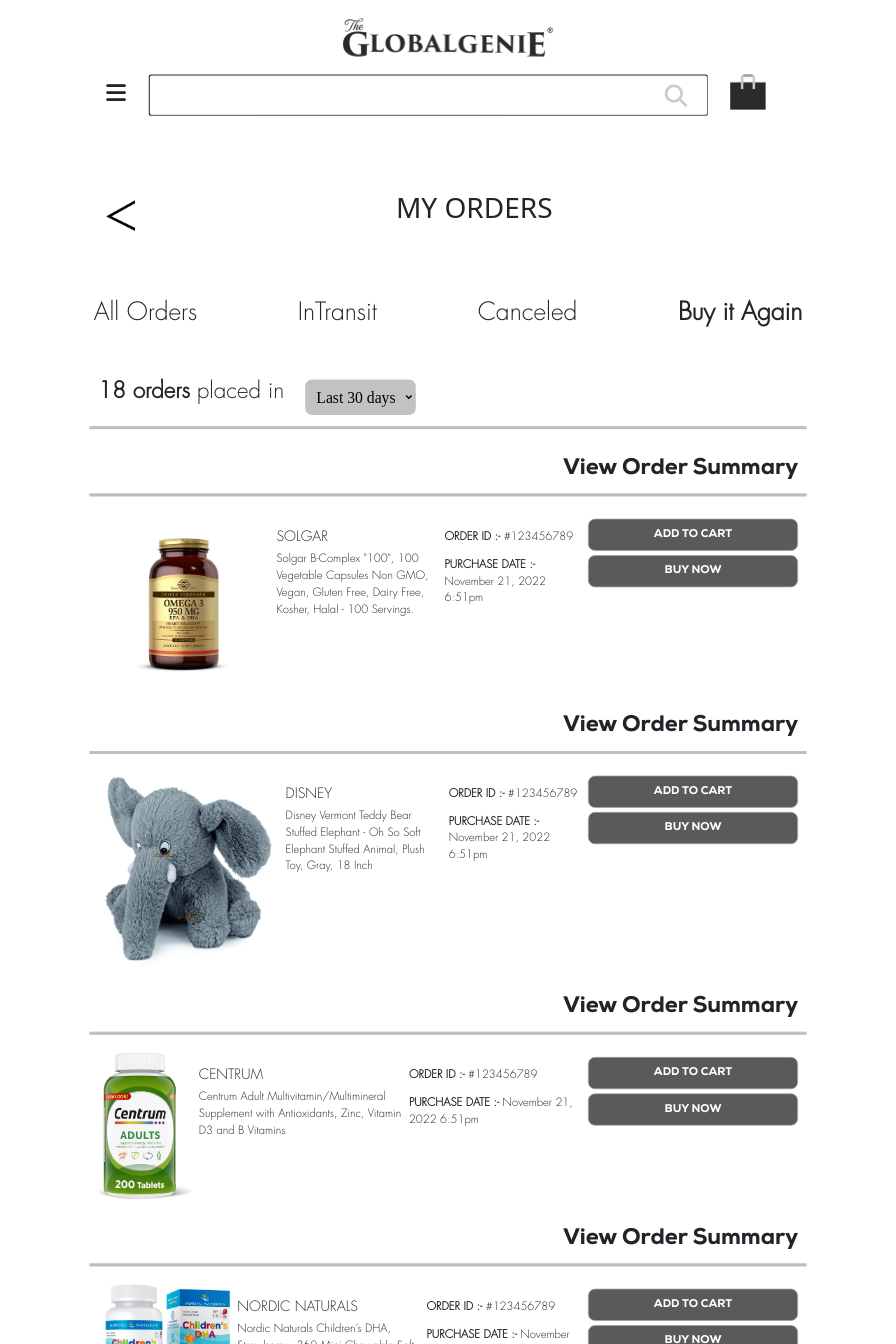
Repository: FlyweisReact/newGlobalGinie
Page: /orderSum
The author's editor kept a copy of each file at every save. The page is drawn from the files as they stood at one save, then again after the next save.
The browser window is 1280 px wide. The pictures show the part of the page from y = 0 to 1920 px (the page is 4831 px tall before and 4746 px after), at 70% of full size.
Some web libraries are served in a nearby version. The project was rebuilt for these pictures with package versions that can differ from the ones it lists, and the page was loaded fresh each time. Also part of the build but not shown: src/Screen/Return.js, src/Screen/Address.js, src/Screen/AllOrders.js, src/Screen/AllProduct.js, src/Component/Hero2.js, src/Screen/Baby.css, src/Component/Reviews.js, src/Screen/Baby.js and 34 more.

Above is the page before, as saved 2023-02-16 18:56:39.

### public/index.html
<!-- @format -->

<!DOCTYPE html>
<html lang="en">
  <head>
    <meta charset="utf-8" />
    <link rel="icon" href="%PUBLIC_URL%/favicon.ico" />
    <meta name="viewport" content="width=device-width, initial-scale=1" />
    <meta name="theme-color" content="#000000" />
    <meta
      name="description"
      content="Web site created using create-react-app"
    />
    <link rel="apple-touch-icon" href="%PUBLIC_URL%/logo192.png" />
    <link rel="manifest" href="%PUBLIC_URL%/manifest.json" />
    <meta content="width=device-width, initial-scale=1" name="viewport" />

    <title>Global Ginie</title>
  </head>
  <body>
    <noscript>You need to enable JavaScript to run this app.</noscript>
    <div id="root"></div>
  </body>
  <script
    src="https://kit.fontawesome.com/b533b351e4.js"
    crossorigin="anonymous"
  ></script>
</html>

### src/Screen/OrderSum.js
/** @format */

import React from "react";
import img1 from "../Assets/asset1.png";
import img2 from "../Assets/Oil.png";
import img3 from "../Assets/Webby Soft Animal Plush Elephant Toy 20cm, Grey.png";
import img4 from "../Assets/712tvc3j0LL._AC_SL1500_.png";
import img5 from "../Assets/71k3V8agL-L._AC_SL1500_.png";
import img6 from "../Assets/mastercard_PNG23.png";
import img7 from "../Assets/71ZufDAAwcL._AC_SL1500_.png";
import Oil from "../Assets/Oil.png";
import Hair from "../Assets/New 10.png";
import some from "../Assets/Chicco Baby Moments Soft Cleansing Baby Wipes, Ideal for Nappy, Face and Hand, Dermatologically Tested, Paraben Free, Fliptop Pack.png";
import clock from "../Assets/clock.png";
import Apple from "../Assets/Apple Watch Series 7 (GPS, 45mm) Midnight.png";
import adi from "../Assets/adidas Stadium 750 ML (26oz) Plastic Water Bottle.png";
import gel from "../Assets/618-39BSrgL._SL1500_.png";
import Give from "../Assets/Get Me This.png";
import Whatsapp from "../Assets/Whatsapp icon.png";
import phone from "../Assets/Phone call.png";
import Mail from "../Assets/Mail Icon.png";
import Footer from "../Component/Footer";
import { useNavigate } from "react-router-dom";

const OrderSum = () => {
  const navigate = useNavigate();

  function NavigationHandler(data) {
    navigate(data);
  }

  return (
    <>
      <div className="MyOrderHead">
        <img src={img1} alt="" />
        <h1 style={{ textAlign: "center", display: "block", margin: "auto" }}>MY ORDERS</h1>
      </div>

      <div className="MyOrderFour">
        <h3 onClick={() => NavigationHandler("/allOrders")}>All Orders</h3>
        <h3 onClick={() => NavigationHandler("/inTransit")}>InTransit</h3>
        <h3 onClick={() => NavigationHandler("/orderCancel")}>Canceled</h3>
        <h3 className="special">Buy it Again</h3>
      </div>

      <div className="MyOrderPlaced">
        <h2>
          {" "}
          <span style={{ fontWeight: "700" }}>18 orders </span> placed in{" "}
        </h2>
        <select>
          <option>Last 30 days</option>
        </select>
      </div>

      <hr className="MyOrderHr" />

      {/* ------------------------------------------------------ */}

      <h2 className="OrderSum">View Order Summary</h2>
      <hr className="MyOrderHr" />

      {/* -------------------------------------------------------- */}

      <div className="OrderSumSection">
        <div className="first">
          <img src={img2} alt="" />
        </div>
        <div className="second">
          <h5>SOLGAR</h5>
          <p>
            Solgar B-Complex "100", 100 Vegetable Capsules Non GMO, Vegan,
            Gluten Free, Dairy Free, Kosher, Halal - 100 Servings.
          </p>
        </div>
        <div className="third">
          <p>
            {" "}
            <strong>ORDER ID :- </strong> #123456789{" "}
          </p>
          <p>
            {" "}
            <strong>PURCHASE DATE :-</strong> November 21, 2022 6:51pm{" "}
          </p>
        </div>
        <div className="four">
          <button> ADD TO CART</button>
          <br />
          <button> BUY NOW </button>
        </div>
      </div>

      {/* ------------------------------------------------------------ */}

      {/* ------------------------------------------------------ */}

      <h2 className="OrderSum">View Order Summary</h2>
      <hr className="MyOrderHr" />

      {/* -------------------------------------------------------- */}

      <div className="OrderSumSection">
        <div className="first">
          <img src={img3} alt="" />
        </div>
        <div className="second">
          <h5>DISNEY</h5>
          <p>
            Disney Vermont Teddy Bear Stuffed Elephant - Oh So Soft Elephant
            Stuffed Animal, Plush Toy, Gray, 18 Inch
          </p>
        </div>
        <div className="third">
          <p>
            {" "}
            <strong>ORDER ID :- </strong> #123456789{" "}
          </p>
          <p>
            {" "}
            <strong>PURCHASE DATE :-</strong> November 21, 2022 6:51pm{" "}
          </p>
        </div>
        <div className="four">
          <button> ADD TO CART</button>
          <br />
          <button> BUY NOW </button>
        </div>
      </div>

      {/* ------------------------------------------------------------ */}

      {/* ------------------------------------------------------ */}

      <h2 className="OrderSum">View Order Summary</h2>
      <hr className="MyOrderHr" />

      {/* -------------------------------------------------------- */}

      <div className="OrderSumSection">
        <div className="first">
          <img src={img4} alt="" />
        </div>
        <div className="second">
          <h5>CENTRUM</h5>
          <p>
            Centrum Adult Multivitamin/Multimineral Supplement with
            Antioxidants, Zinc, Vitamin D3 and B Vitamins
          </p>
        </div>
        <div className="third">
          <p>
            {" "}
            <strong>ORDER ID :- </strong> #123456789{" "}
          </p>
          <p>
            {" "}
            <strong>PURCHASE DATE :-</strong> November 21, 2022 6:51pm{" "}
          </p>
        </div>
        <div className="four">
          <button> ADD TO CART</button>
          <br />
          <button> BUY NOW </button>
        </div>
      </div>

      {/* ------------------------------------------------------------ */}

      {/* ------------------------------------------------------ */}

      <h2 className="OrderSum">View Order Summary</h2>
      <hr className="MyOrderHr" />

      {/* -------------------------------------------------------- */}

      <div className="OrderSumSection">
        <div className="first">
          <img src={img5} alt="" />
        </div>
        <div className="second">
          <h5>NORDIC NATURALS</h5>
          <p>
            Nordic Naturals Children’s DHA, Strawberry - 360 Mini Chewable Soft
            Gels for Kids - 250 mg Omega-3 with EPA & DHA - Brain Development &
            Function - Non-GMO - 90 Servings
          </p>
        </div>
        <div className="third">
          <p>
            {" "}
            <strong>ORDER ID :- </strong> #123456789{" "}
          </p>
          <p>
            {" "}
            <strong>PURCHASE DATE :-</strong> November 21, 2022 6:51pm{" "}
          </p>
        </div>
        <div className="four">
          <button> ADD TO CART</button>
          <br />
          <button> BUY NOW </button>
        </div>
      </div>

      {/* ------------------------------------------------------------ */}

      <h2 className="OrderSum">Invoice ˅ </h2>

      {/* ----------------------------------------------------------- */}

      <div className="OrderSumInvoice">
        <div className="left">
          <h3>Shipping Address</h3>
          <h3>J SYS</h3>
          <p style={{ fontWeight: "500" }}>
            703/ lotus business park ram <br /> baug lane near Indian Oil <br />
            Mumbai, Maharashtra:- 400064
          </p>
        </div>

        <div className="mid">
          <h3>Payment Method</h3>
          <div>
            <img src={img6} alt="" />
            <p className="PIn">****1899</p>
          </div>
        </div>

        <div>
          <div className="right">
            <h5>Subtotal (1)</h5> <h5>₹ 3,115.00</h5>
          </div>

          <div className="right">
            <div>
              <h5>Shipping</h5>
              <p>USA to INDIA</p>
            </div>
            <div>
              <h5>Free</h5>
              <p>-150</p>
            </div>
          </div>

          <div className="right">
            <div>
              <h5>Discount</h5>
              <p>FIRSTWISH- 10%</p>
            </div>
            <div>
              <h5>-180</h5>
            </div>
          </div>

          <div className="right">
            <div>
              <h5>Total</h5>
            </div>
            <div style={{ textAlign: "right" }}>
              <h5>₹ 2,765.00</h5>
              <span style={{ fontSize: "0.8rem" }}>
                [ ALL TAXES & IMPORT DUTY INCLUDED ]
              </span>
            </div>
          </div>
        </div>
      </div>

      {/* --------------------------------------------------------------- */}

      <h2 className="OrderSum">View Order Summary</h2>
      <hr className="MyOrderHr" />

      {/* ----------------------------------------------------------- */}

      <div className="OrderSumSection">
        <div className="first">
          <img src={img7} alt="" />
        </div>
        <div className="second">
          <h5>MUSCLETECH</h5>
          <p>
            Nordic Naturals Children’s DHA, Strawberry - 360 Mini Chewable Soft
            Gels for Kids - 250 mg Omega-3 with EPA & DHA - Brain Development &
            Function - Non-GMO - 90 Servings
          </p>
        </div>
        <div className="third">
          <p>
            {" "}
            <strong>ORDER ID :- </strong> #123456789{" "}
          </p>
          <p>
            {" "}
            <strong>PURCHASE DATE :-</strong> November 21, 2022 6:51pm{" "}
          </p>
        </div>
        <div className="four">
          <button> ADD TO CART</button>
          <br />
          <button> BUY NOW </button>
        </div>
      </div>

      {/* -------------------------------------------------------------- */}

      <h1
        style={{
          textAlign: "center",
          fontFamily: "MonumentMine",
          marginTop: "15%",
        }}
      >
        RECENTLY VIEWED
      </h1>

      <div className="many">
        <div>
          <img src={Hair} alt="" />
        </div>
        <div>
          <img src={some} alt="" />
        </div>
        <div>
          <img src={Apple} alt="" id="app" />
        </div>
        <div>
          <img src={clock} alt="" id="clock" />
        </div>
        <div>
          <img src={Oil} alt="" />
        </div>
        <div>
          <img src={adi} alt="" />
        </div>
        <div>
          <img src={gel} alt="" />
        </div>
      </div>

      <div className="Give">
        <img src={Give} alt="" />
      </div>

      <h1 style={{ textAlign: "center", fontFamily: "MonumentMine" }}>
        TALK TO HUMAN
      </h1>
      <div className="human">
        <div>
          <img src={phone} alt="" />
          <h3 style={{ fontWeight: "400", paddingTop: "10%" }}>PHONE</h3>
        </div>
        <div className="Hori"></div>
        <div>
          <img src={Mail} alt="" />
          <h3 style={{ fontWeight: "400", paddingTop: "10%" }}>EMAIL US</h3>
        </div>
        <div className="Hori"></div>

        <div>
          <img src={Whatsapp} alt="" />
          <h3 style={{ fontWeight: "400", paddingTop: "10%" }}>WHATSAPP US</h3>
        </div>
      </div>
      <Footer />
    </>
  );
};

export default OrderSum;

Loaded but not shown: src/Component/NavBar.js (275 lines, source omitted); src/App.js (99 lines, source omitted); src/Component/Footer.js (53 lines, source omitted); src/index.js (14 lines, source omitted); src/index.css (2610 lines, source omitted)

After the next save:
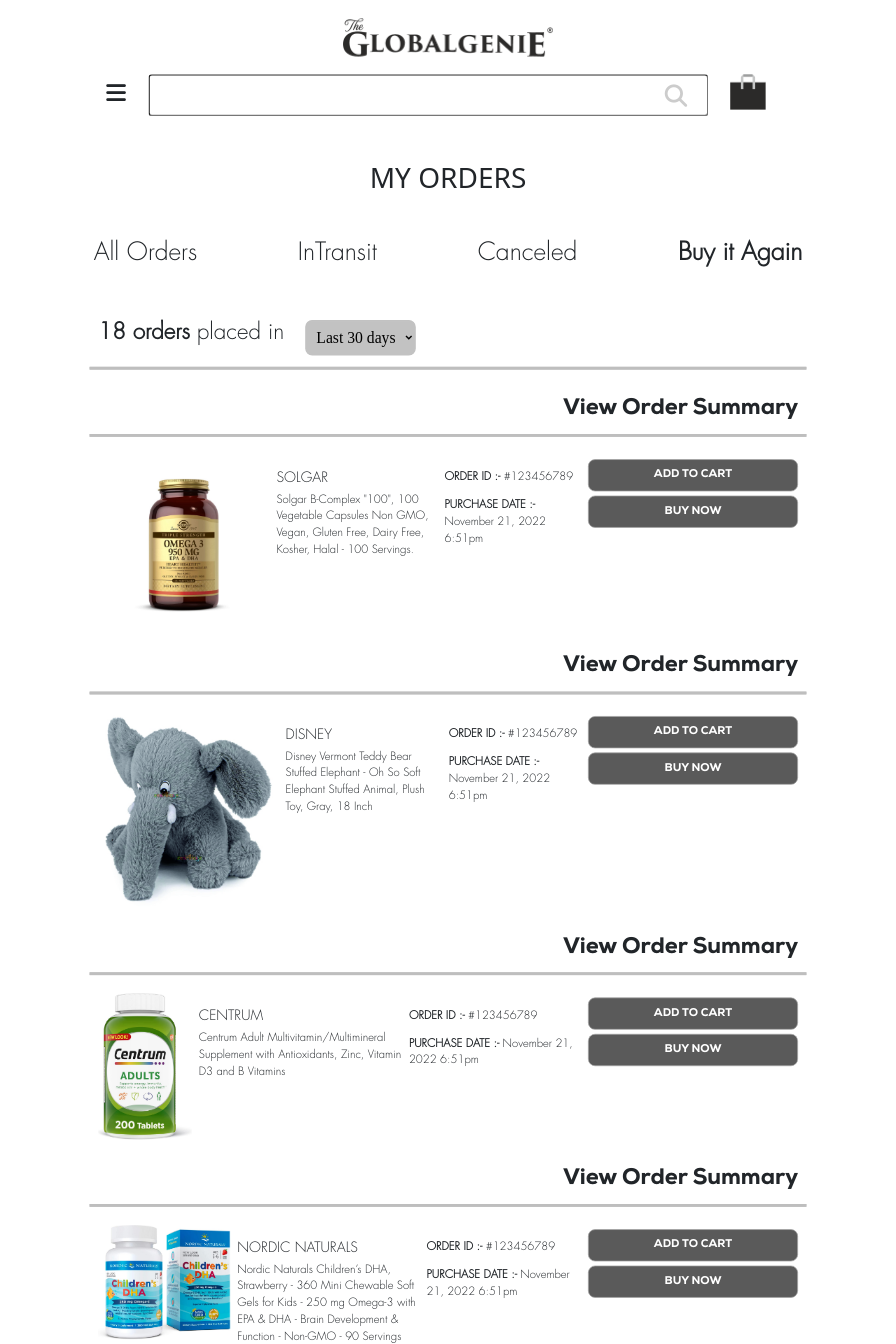
Saved 4 s later.
--- a/src/Screen/OrderSum.js
+++ b/src/Screen/OrderSum.js
@@ -32,7 +32,7 @@
   return (
     <>
       <div className="MyOrderHead">
-        <img src={img1} alt="" />
+        {/* <img src={img1} alt="" /> */}
         <h1 style={{ textAlign: "center", display: "block", margin: "auto" }}>MY ORDERS</h1>
       </div>
 
